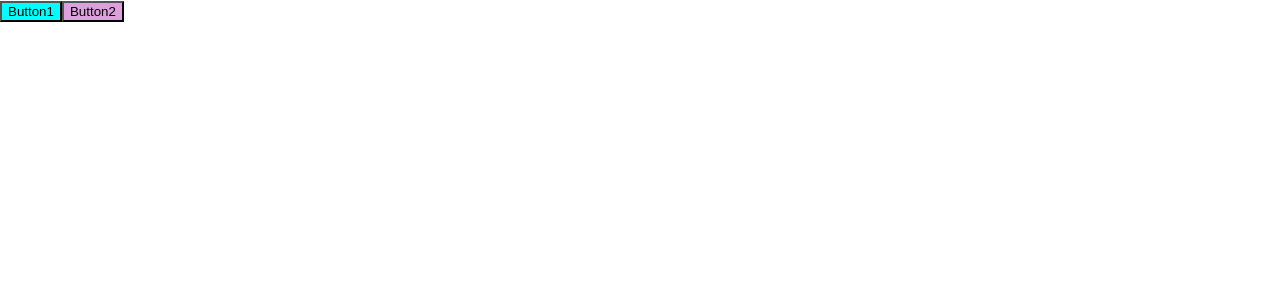
Repository: tjgus22/example-css
Page: / (app in react/css/)
An editor plug-in stored every save of this project. The page is shown before and after the next save, followed by the edit.
The browser window is 1280 px wide. The pictures show the whole page.
The project was rebuilt for these pictures with package versions that can differ from the ones it lists, and the page was loaded fresh each time. Also part of the build but not shown: react/css/src/App.css.

Above is the page before, as saved 2023-12-24 21:04:53.

### react/css/src/App.js
import './App.css';
import Button1 from './components/Button1';
import Button2 from './components/Button2';
import styled, { css } from 'styled-components';

const Container = styled.div`
  display: flex;
`;

const Button = styled.button`
  background: transparent;
  border-radius: 3px;
  border: 2px solid #3c5b69;
  color: #b9eaff;
  margin: 0 1em;
  padding: 0.25em 1em;
  ${(props) =>
    props.primary &&
    css`
      background: #009cd5;
      color: white;
    `};
`;

function App() {
  return (
    <>
      <Button1 />
      <Button2 />
      <Container></Container>
    </>
  );
}

export default App;

### react/css/src/components/Button1.jsx
import React from 'react';
import styles from './Button1.module.css';

export default function Button1() {
  return <button className={styles.button}>Button1</button>;
}

### react/css/src/components/Button2.jsx
import React from 'react';
import styles from './Button2.module.css';

export default function Button2() {
  return <button className={styles.button}>Button2</button>;
}

### react/css/src/components/Button1.module.css
.button {
  background-color: aqua;
}

### react/css/src/components/Button2.module.css
.button {
  background-color: plum;
}

Loaded but not shown: react/css/public/index.html (common file); react/css/src/index.js (common file); react/css/src/index.css (common file); react/css/src/reportWebVitals.js (common file)

After the next save:
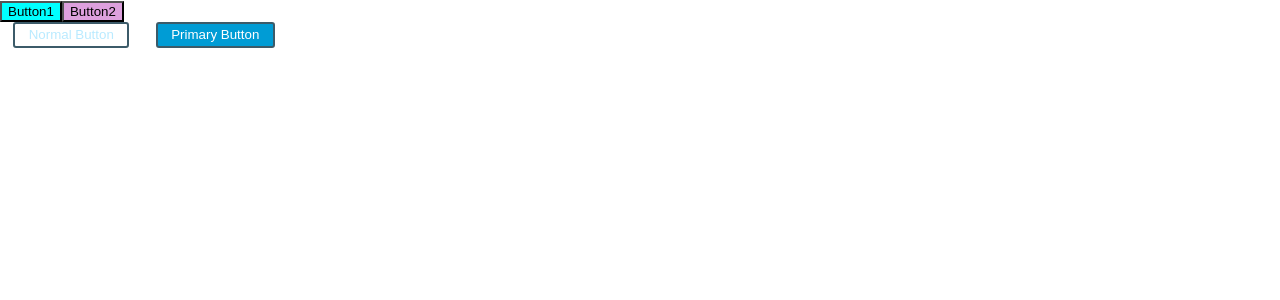
Saved 57 s later.
--- a/react/css/src/App.js
+++ b/react/css/src/App.js
@@ -27,7 +27,10 @@ function App() {
     <>
       <Button1 />
       <Button2 />
-      <Container></Container>
+      <Container>
+        <Button>Normal Button</Button>
+        <Button primary>Primary Button</Button>
+      </Container>
     </>
   );
 }
